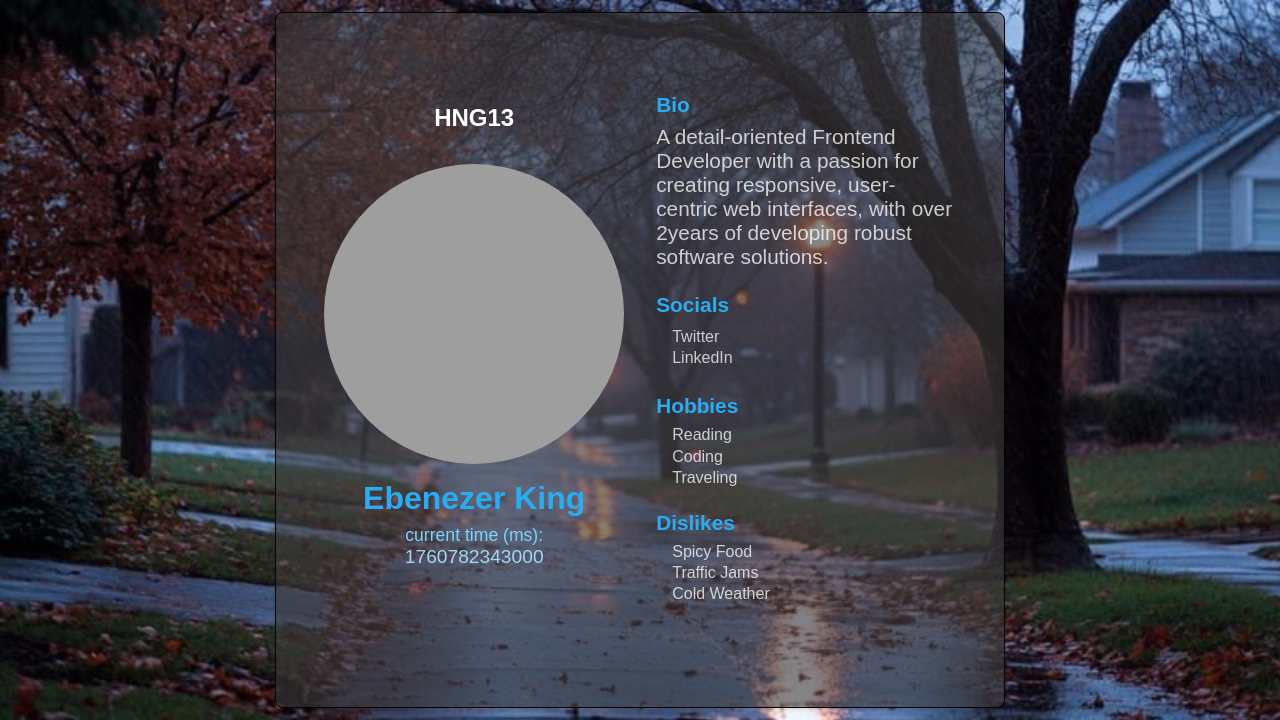
Repository: ebenezertiewei/profileCard
Page: index.html
The author's editor kept a copy of each file at every save. The page is drawn from the files as they stood at one save, then again after the next save.
The browser window is 1280 px wide. The pictures show the whole page.
Pictures or frames that could not be fetched are drawn as grey boxes.

Above is the page before, as saved 2025-10-18 12:32:46.

After the next save:
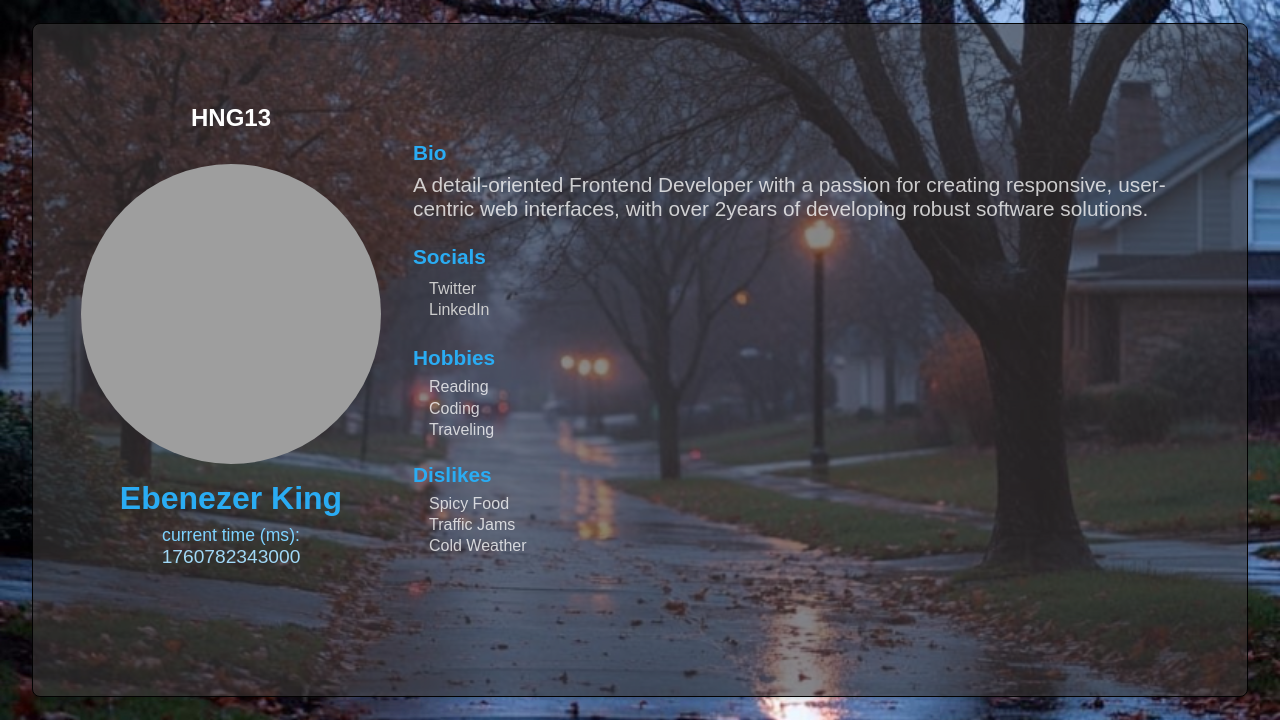
Saved 37 s later.
--- a/style.css
+++ b/style.css
@@ -215,7 +215,6 @@ h1 {
 /* ------------------- desktop ------------------- */
 @media (min-width: 1024px) {
 	article[data-testid="test-profile-card"] {
-		width: 60%;
 		padding: 5rem 3rem;
 	}
 }
